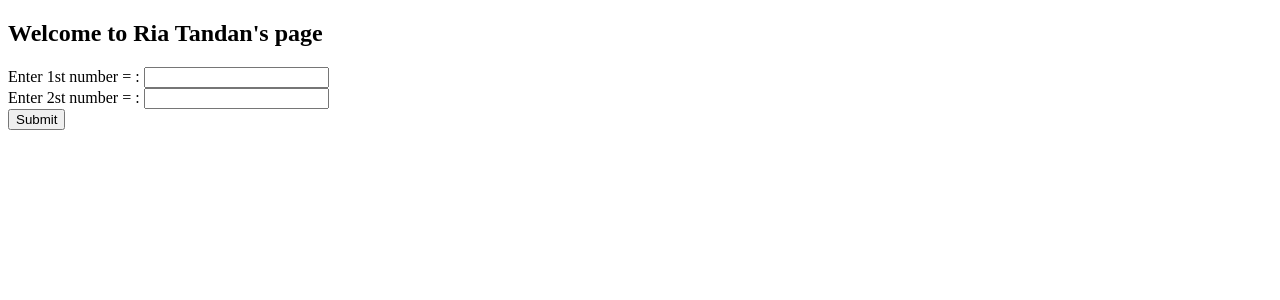
Repository: Iamriatandan/SpringCloud
Page: http://localhost/demo/
These files come from the project's save history. The page is drawn as it stood at one moment and after the next save; the edit follows.
The browser window is 1280 px wide. The pictures show the whole page.
The page is served by Tomcat 9.

Above is the page before, as saved 2025-03-18 09:34:59.

After the next save:
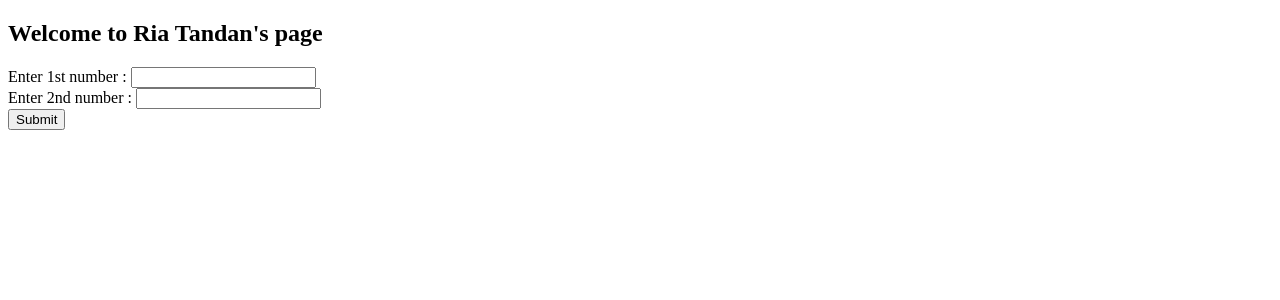
Saved 20 h 53 min later.
--- a/Spring Data Jpa/demo/src/main/webapp/index.jsp
+++ b/Spring Data Jpa/demo/src/main/webapp/index.jsp
@@ -7,9 +7,9 @@
 <body>
     <h2>Welcome to Ria Tandan's page</h2>
 	<form action ="add">
-		Enter 1st number = : <input type = "text" name =" number 1"><br>
-		Enter 2st number = : <input type = "text" name =" number 2"><br>
-		<input type = "submit">
-		</form>
-	</body>
+		Enter 1st number : <input type="text" name="number1"><br>
+		Enter 2nd number : <input type="text" name="number2"><br>
+		<input type="submit">
+	</form>
+</body>
 </html>
